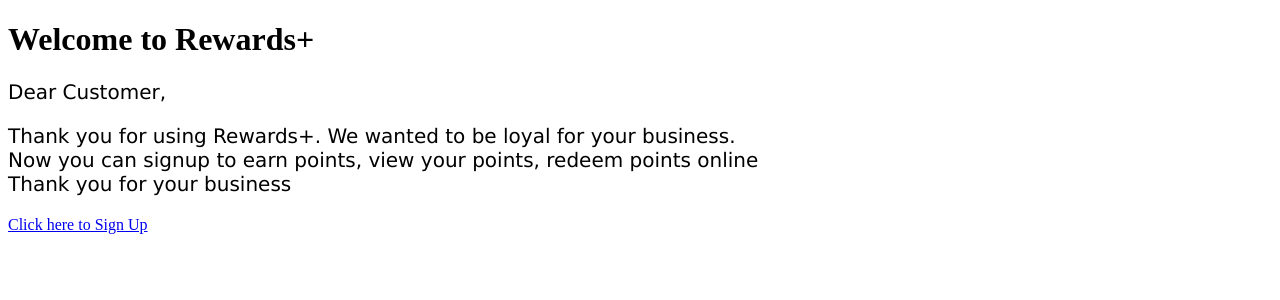
Repository: ahpraveen/springbootdemo
Page: demo/src/main/resources/static/home.html
An editor plug-in stored every save of this project. The page is shown before and after the next save, followed by the edit.
The browser window is 1280 px wide. The pictures show the whole page.

Above is the page before, as saved 2018-01-21 23:42:10.

### demo/src/main/resources/static/home.html
<!DOCTYPE html>
<html lang="en-US">
<head>
<title>Home - Rewards+</title>
<style>
p{
   font-family: verdana;
   font-size: 20px;
	}
</style>
</head>
<body>
<h1> Welcome to Rewards+</h1>
<p> Dear Customer,</p>
<p> Thank you for using Rewards+. We wanted to be loyal for your business. <br> Now you can signup to earn points, view your points, redeem points online <br>
    Thank you for your business </p>
<a href=".././index.html">Click here to Sign Up</a>
</body>
</html>

After the next save:
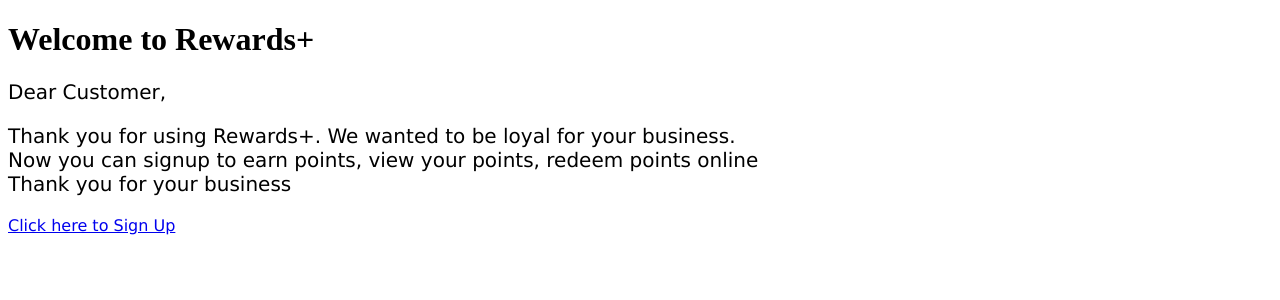
Saved 4 min 26 s later.
--- a/demo/src/main/resources/static/home.html
+++ b/demo/src/main/resources/static/home.html
@@ -3,10 +3,16 @@
 <head>
 <title>Home - Rewards+</title>
 <style>
+
 p{
    font-family: verdana;
    font-size: 20px;
 	}
+
+a{
+	font-family: verdana;
+}
+
 </style>
 </head>
 <body>
